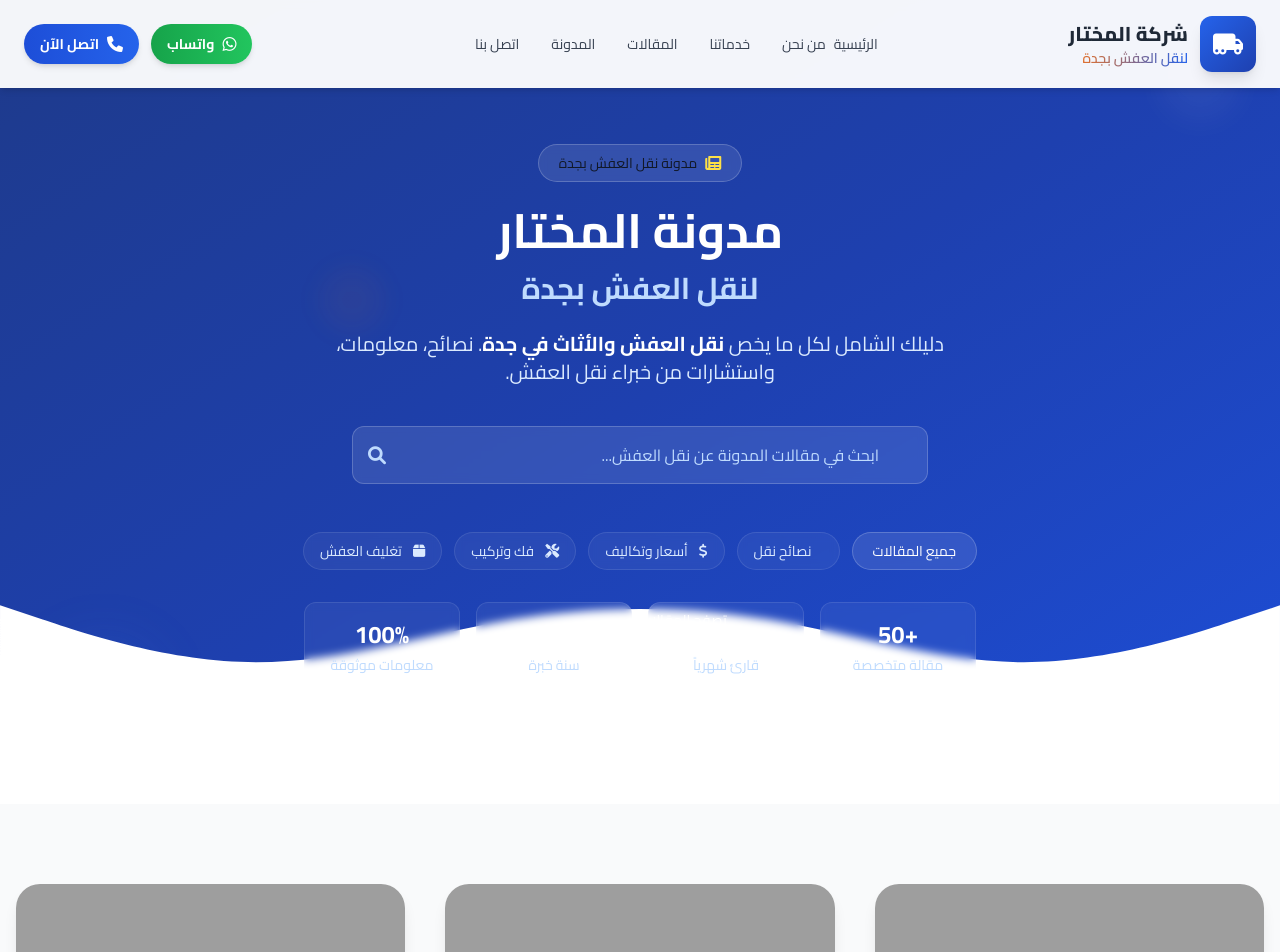
Repository: MichealSoliman/almukhtar
Page: blog.html
An editor plug-in stored every save of this project. The page is shown before and after a run of saves, followed by the edit.
The browser window is 1280 px wide. The pictures show the part of the page from y = 0 to 952 px (the page is 1638 px tall).
Pictures or frames that could not be fetched are drawn as grey boxes. Some web libraries are served in a nearby version.

Above is the page before, as saved 2026-01-15 21:32:32.

### blog.html
<!DOCTYPE html>
<html lang="ar" dir="rtl">
<head>
    <meta charset="UTF-8">
    <meta name="viewport" content="width=device-width, initial-scale=1.0">
    <title>مدونة شركة المختار – نصائح ومعلومات عن نقل العفش بجدة</title>
    <meta name="description" content="اقرأ أحدث المقالات والنصائح حول نقل العفش بجدة، تكلفة نقل الأثاث، وأفضل الطرق لتغليف وحماية ممتلكاتك مع شركة المختار.">

    <!-- Tailwind CSS -->
    <script src="https://cdn.tailwindcss.com"></script>

    <!-- Google Fonts (Cairo) -->
    <link href="https://fonts.googleapis.com/css2?family=Cairo:wght@300;400;600;700;800&display=swap" rel="stylesheet">

    <!-- Font Awesome -->
    <link rel="stylesheet" href="https://cdnjs.cloudflare.com/ajax/libs/font-awesome/6.0.0/css/all.min.css">

    <!-- AOS Animation Library -->
    <link href="https://unpkg.com/aos@2.3.1/dist/aos.css" rel="stylesheet">

    <style>
        body { font-family: 'Cairo', sans-serif; }
        .nav-link { @apply text-gray-700 hover:text-blue-600 transition-colors duration-300 font-semibold; }
        .glass-nav { background: rgba(255, 255, 255, 0.95); backdrop-filter: blur(10px); }
    </style>
</head>
<body class="bg-gray-50 text-gray-900">

 <!-- Header / Navbar -->
    <header id="navbar" class="fixed top-0 w-full z-50 transition-all duration-500 py-3 lg:py-4 bg-white/95 backdrop-blur-sm shadow-md">
        <div class="container mx-auto px-4 xl:px-6">
            <div class="flex justify-between items-center">
                <!-- Logo واسم الشركة -->
                <div class="flex items-center space-x-reverse space-x-3 rtl:space-x-reverse">
                    <!-- Logo -->
                    <div class="flex items-center justify-center w-12 h-12 lg:w-14 lg:h-14 bg-gradient-to-br from-blue-600 to-blue-800 rounded-xl shadow-lg">
                        <i class="fas fa-truck-moving text-white text-xl lg:text-2xl"></i>
                    </div>

                    <!-- اسم الشركة -->
                    <div class="flex flex-col">
                        <a href="index.html" class="flex flex-col">
                            <span class="text-lg lg:text-xl font-extrabold text-gray-800 leading-tight">
                                شركة المختار
                            </span>
                            <span class="text-xs lg:text-sm font-semibold bg-gradient-to-l from-blue-600 to-orange-500 bg-clip-text text-transparent">
                                لنقل العفش بجدة
                            </span>
                        </a>
                    </div>
                </div>

                <!-- Desktop Navigation -->
                <nav class="hidden lg:flex items-center space-x-reverse space-x-6 xl:space-x-8">
                    <a href="index.html" class="nav-link ml-2 text-gray-700 hover:text-blue-700 active text-sm font-medium">
                        الرئيسية
                    </a>
                    <a href="#about" class="nav-link text-gray-700 hover:text-blue-700 text-sm font-medium">
                        من نحن
                    </a>
                    <a href="#services" class="nav-link text-gray-700 hover:text-blue-700 text-sm font-medium">
                        خدماتنا
                    </a>
                    <a href="#blog" class="nav-link text-gray-700 hover:text-blue-700 text-sm font-medium">
                        المقالات
                    </a>
                    <a href="./blog.html" class="nav-link text-gray-700 hover:text-blue-700 text-sm font-medium">
                        المدونة
                    </a>
                    <a href="#contact" class="nav-link text-gray-700 hover:text-blue-700 text-sm font-medium">
                        اتصل بنا
                    </a>
                </nav>

                <!-- Buttons -->
                <div class="flex items-center space-x-reverse space-x-3 rtl:space-x-reverse">
                    <!-- WhatsApp Button -->
                    <a href="https://wa.me/966500000000"
                       class="bg-gradient-to-l from-green-500 to-green-600 text-white px-3 sm:px-4 py-2 rounded-full font-bold hover:from-green-600 hover:to-green-700 transition-all duration-300 flex items-center shadow-md hover:shadow-lg transform hover:-translate-y-0.5 text-sm">
                        <i class="fab fa-whatsapp ml-1 sm:ml-2 text-sm sm:text-base"></i>
                        <span class="hidden sm:inline text-xs sm:text-sm">واتساب</span>
                    </a>

                    <!-- Call Button for Medium+ Screens -->
                    <a href="tel:+966500000000"
                       class="hidden md:flex bg-gradient-to-l from-blue-600 to-blue-700 text-white px-3 sm:px-4 py-2 rounded-full font-bold hover:from-blue-700 hover:to-blue-800 transition-all duration-300 items-center shadow-md hover:shadow-lg transform hover:-translate-y-0.5 text-sm">
                        <i class="fas fa-phone ml-1 sm:ml-2 text-sm sm:text-base"></i>
                        <span class="text-xs sm:text-sm">اتصل الآن</span>
                    </a>

                    <!-- Mobile Menu Button -->
                    <button class="lg:hidden text-gray-700 text-2xl focus:outline-none hover:text-blue-600 transition-colors duration-300"
                            id="mobile-menu-btn"
                            aria-label="فتح القائمة">
                        <i class="fas fa-bars"></i>
                    </button>
                </div>
            </div>
        </div>

        <!-- Mobile Menu -->
        <div id="mobile-menu" class="mobile-menu-closed lg:hidden bg-white/95 backdrop-blur-sm border-t border-gray-100 shadow-xl">
            <div class="container mx-auto px-4 py-5">
                <div class="flex flex-col space-y-4">
                    <a href="index.html"
                       class="nav-link py-3 px-4 rounded-lg hover:bg-blue-50 transition-colors duration-300 text-gray-700 hover:text-blue-700 font-medium border-b border-gray-100 flex items-center">
                        <i class="fas fa-home ml-3 text-blue-600"></i>
                        الرئيسية
                    </a>
                    <a href="#about"
                       class="nav-link py-3 px-4 rounded-lg hover:bg-blue-50 transition-colors duration-300 text-gray-700 hover:text-blue-700 font-medium border-b border-gray-100 flex items-center">
                        <i class="fas fa-info-circle ml-3 text-blue-600"></i>
                        من نحن
                    </a>
                    <a href="#services"
                       class="nav-link py-3 px-4 rounded-lg hover:bg-blue-50 transition-colors duration-300 text-gray-700 hover:text-blue-700 font-medium border-b border-gray-100 flex items-center">
                        <i class="fas fa-concierge-bell ml-3 text-blue-600"></i>
                        خدماتنا
                    </a>
                    <a href="#blog"
                       class="nav-link py-3 px-4 rounded-lg hover:bg-blue-50 transition-colors duration-300 text-gray-700 hover:text-blue-700 font-medium border-b border-gray-100 flex items-center">
                        <i class="fas fa-newspaper ml-3 text-blue-600"></i>
                        المقالات
                    </a>
                    <a href="./blog.html"
                       class="nav-link py-3 px-4 rounded-lg hover:bg-blue-50 transition-colors duration-300 text-gray-700 hover:text-blue-700 font-medium border-b border-gray-100 flex items-center">
                        <i class="fas fa-newspaper ml-3 text-blue-600"></i>
                        المدونة
                    </a>
                    <a href="#contact"
                       class="nav-link py-3 px-4 rounded-lg hover:bg-blue-50 transition-colors duration-300 text-gray-700 hover:text-blue-700 font-medium flex items-center">
                        <i class="fas fa-phone-alt ml-3 text-blue-600"></i>
                        اتصل بنا
                    </a>

                    <!-- Mobile Contact Buttons -->
                    <div class="flex flex-col sm:flex-row gap-3 mt-4 pt-4 border-t border-gray-100">
                        <a href="tel:+966500000000"
                           class="bg-gradient-to-l from-blue-600 to-blue-700 text-white px-4 py-3 rounded-lg font-bold hover:from-blue-700 hover:to-blue-800 transition-all duration-300 flex items-center justify-center shadow-md text-sm">
                            <i class="fas fa-phone ml-2"></i>
                            اتصل الآن
                        </a>
                        <a href="https://wa.me/966500000000"
                           class="bg-gradient-to-l from-green-500 to-green-600 text-white px-4 py-3 rounded-lg font-bold hover:from-green-600 hover:to-green-700 transition-all duration-300 flex items-center justify-center shadow-md text-sm">
                            <i class="fab fa-whatsapp ml-2"></i>
                            واتساب
                        </a>
                    </div>
                </div>
            </div>
        </div>
    </header>

<!-- Blog Header Section - Enhanced -->
<section class="relative pt-28 pb-20 md:pt-36 md:pb-28 overflow-hidden bg-gradient-to-br from-blue-900 via-blue-800 to-blue-700">
    <!-- Background Pattern -->
    <div class="absolute inset-0 opacity-10">
        <div class="absolute inset-0" style="background-image: url('data:[embedded picture, 362 characters]');"></div>
    </div>

    <!-- Floating Elements -->
    <div class="absolute top-10 right-10 w-20 h-20 bg-white/5 rounded-full blur-lg hidden lg:block"></div>
    <div class="absolute bottom-10 left-10 w-32 h-32 bg-blue-500/10 rounded-full blur-xl hidden lg:block"></div>
    <div class="absolute top-1/3 left-1/4 w-16 h-16 bg-orange-500/5 rounded-full blur-md hidden xl:block"></div>

    <!-- Main Content -->
    <div class="container mx-auto px-4 relative z-10">
        <div class="max-w-4xl mx-auto">
            <!-- Badge -->
            <div class="flex justify-center mb-6" data-aos="fade-down" data-aos-delay="200">
                <div class="bg-white/10 backdrop-blur-sm border border-white/20 rounded-full px-5 py-2 inline-flex items-center">
                    <i class="fas fa-newspaper ml-2 text-yellow-300"></i>
                    <span class="text-sm font-medium">مدونة نقل العفش بجدة</span>
                </div>
            </div>

            <!-- Main Title -->
            <h1 class="text-3xl md:text-4xl lg:text-5xl font-bold text-white text-center mb-6 leading-tight" data-aos="fade-up" data-aos-delay="300">
                <span class="block">مدونة المختار</span>
                <span class="block text-blue-200 text-2xl md:text-3xl mt-4">لنقل العفش بجدة</span>
            </h1>

            <!-- Description -->
            <p class="text-lg md:text-xl text-blue-100 text-center max-w-2xl mx-auto mb-10 leading-relaxed" data-aos="fade-up" data-aos-delay="400">
                دليلك الشامل لكل ما يخص
                <span class="font-bold text-white">نقل العفش والأثاث في جدة</span>.
                نصائح، معلومات، واستشارات من خبراء نقل العفش.
            </p>

            <!-- Search Box -->
            <div class="max-w-xl mx-auto mb-12" data-aos="fade-up" data-aos-delay="500">
                <div class="relative">
                    <input
                        type="text"
                        placeholder="ابحث في مقالات المدونة عن نقل العفش..."
                        class="w-full bg-white/10 backdrop-blur-sm border border-white/20 rounded-xl px-6 py-4 pr-12 text-white placeholder-blue-200 focus:outline-none focus:ring-2 focus:ring-blue-400 focus:border-transparent transition-all"
                    >
                    <button class="absolute left-4 top-1/2 transform -translate-y-1/2 text-blue-200 hover:text-white transition-colors">
                        <i class="fas fa-search text-lg"></i>
                    </button>
                </div>
            </div>

            <!-- Categories -->
            <div class="flex flex-wrap justify-center gap-3 mb-8" data-aos="fade-up" data-aos-delay="600">
                <a href="#" class="bg-white/10 hover:bg-white/20 backdrop-blur-sm border border-white/20 rounded-full px-5 py-2 text-sm font-medium text-white transition-all duration-300">
                    جميع المقالات
                </a>
                <a href="#" class="bg-white/5 hover:bg-white/15 backdrop-blur-sm border border-white/10 rounded-full px-4 py-2 text-sm font-medium text-blue-100 hover:text-white transition-all duration-300">
                    <i class="fas fa-tips ml-2"></i> نصائح نقل
                </a>
                <a href="#" class="bg-white/5 hover:bg-white/15 backdrop-blur-sm border border-white/10 rounded-full px-4 py-2 text-sm font-medium text-blue-100 hover:text-white transition-all duration-300">
                    <i class="fas fa-dollar-sign ml-2"></i> أسعار وتكاليف
                </a>
                <a href="#" class="bg-white/5 hover:bg-white/15 backdrop-blur-sm border border-white/10 rounded-full px-4 py-2 text-sm font-medium text-blue-100 hover:text-white transition-all duration-300">
                    <i class="fas fa-tools ml-2"></i> فك وتركيب
                </a>
                <a href="#" class="bg-white/5 hover:bg-white/15 backdrop-blur-sm border border-white/10 rounded-full px-4 py-2 text-sm font-medium text-blue-100 hover:text-white transition-all duration-300">
                    <i class="fas fa-box ml-2"></i> تغليف العفش
                </a>
            </div>

            <!-- Stats -->
            <div class="grid grid-cols-2 md:grid-cols-4 gap-4 max-w-2xl mx-auto" data-aos="fade-up" data-aos-delay="700">
                <div class="bg-white/5 backdrop-blur-sm rounded-xl p-4 text-center border border-white/10">
                    <div class="text-2xl font-bold text-white mb-1">+50</div>
                    <div class="text-blue-200 text-sm">مقالة متخصصة</div>
                </div>
                <div class="bg-white/5 backdrop-blur-sm rounded-xl p-4 text-center border border-white/10">
                    <div class="text-2xl font-bold text-white mb-1">+10K</div>
                    <div class="text-blue-200 text-sm">قارئ شهرياً</div>
                </div>
                <div class="bg-white/5 backdrop-blur-sm rounded-xl p-4 text-center border border-white/10">
                    <div class="text-2xl font-bold text-white mb-1">15+</div>
                    <div class="text-blue-200 text-sm">سنة خبرة</div>
                </div>
                <div class="bg-white/5 backdrop-blur-sm rounded-xl p-4 text-center border border-white/10">
                    <div class="text-2xl font-bold text-white mb-1">100%</div>
                    <div class="text-blue-200 text-sm">معلومات موثوقة</div>
                </div>
            </div>

            <!-- Scroll Indicator -->
            <div class="absolute bottom-8 left-1/2 transform -translate-x-1/2 hidden md:block" data-aos="fade-up" data-aos-delay="800">
                <a href="#blog-content" class="animate-bounce flex flex-col items-center text-white hover:text-blue-200 transition-colors">
                    <span class="text-sm mb-1">تصفح المقالات</span>
                    <i class="fas fa-chevron-down"></i>
                </a>
            </div>
        </div>
    </div>

    <!-- Wave Divider -->
    <div class="absolute bottom-0 left-0 right-0">
        <svg xmlns="http://www.w3.org/2000/svg" viewBox="0 0 1440 320" class="w-full">
            <path fill="#ffffff" fill-opacity="1" d="M0,96L48,112C96,128,192,160,288,160C384,160,480,128,576,112C672,96,768,96,864,112C960,128,1056,160,1152,160C1248,160,1344,128,1392,112L1440,96L1440,320L1392,320C1344,320,1248,320,1152,320C1056,320,960,320,864,320C768,320,672,320,576,320C480,320,384,320,288,320C192,320,96,320,48,320L0,320Z"></path>
        </svg>
    </div>
</section>

    <!-- Blog Grid -->
    <section class="py-20">
        <div class="container mx-auto px-4">
            <div class="grid grid-cols-1 md:grid-cols-2 lg:grid-cols-3 gap-10">
                <!-- Article 1 -->
                <article class="bg-white rounded-3xl overflow-hidden shadow-lg hover:shadow-2xl transition-all duration-300 group" data-aos="fade-up">
                    <div class="overflow-hidden h-64">
                        <img src="https://images.unsplash.com/photo-1524758631624-e2822e304c36?ixlib=rb-1.2.1&auto=format&fit=crop&w=600&q=80" alt="أفضل شركة نقل عفش بجدة" class="w-full h-full object-cover group-hover:scale-110 transition-transform duration-500">
                    </div>
                    <div class="p-8">
                        <div class="flex items-center text-sm text-gray-500 mb-4">
                            <span class="ml-4"><i class="far fa-calendar-alt ml-1"></i> 10 يناير 2026</span>
                            <span><i class="far fa-folder ml-1"></i> خدمات النقل</span>
                        </div>
                        <h3 class="text-2xl font-bold mb-4">أفضل شركة نقل عفش بجدة</h3>
                        <p class="text-gray-600 mb-6 leading-relaxed">تعرف على المعايير التي تجعل شركة المختار هي الخيار الأول والأنسب لنقل الأثاث في مدينة جدة بأسعار منافسة وجودة عالمية...</p>
                        <a href="blog/best-moving-company-jeddah.html" class="text-blue-600 font-bold flex items-center hover:gap-2 transition-all">قراءة المزيد <i class="fas fa-chevron-left mr-2 text-sm"></i></a>
                    </div>
                </article>

                <!-- Article 2 -->
                <article class="bg-white rounded-3xl overflow-hidden shadow-lg hover:shadow-2xl transition-all duration-300 group" data-aos="fade-up" data-aos-delay="100">
                    <div class="overflow-hidden h-64">
                        <img src="https://images.unsplash.com/photo-1505691938895-1758d7feb511?ixlib=rb-1.2.1&auto=format&fit=crop&w=600&q=80" alt="نصائح قبل نقل العفش" class="w-full h-full object-cover group-hover:scale-110 transition-transform duration-500">
                    </div>
                    <div class="p-8">
                        <div class="flex items-center text-sm text-gray-500 mb-4">
                            <span class="ml-4"><i class="far fa-calendar-alt ml-1"></i> 8 يناير 2026</span>
                            <span><i class="far fa-folder ml-1"></i> نصائح تهمك</span>
                        </div>
                        <h3 class="text-2xl font-bold mb-4">نصائح قبل نقل العفش</h3>
                        <p class="text-gray-600 mb-6 leading-relaxed">إليك أهم 10 نصائح ذهبية يجب عليك اتباعها لضمان عملية نقل عفش سهلة ومنظمة وبدون أي خسائر مادية أو نفسية...</p>
                        <a href="blog/moving-tips.html" class="text-blue-600 font-bold flex items-center hover:gap-2 transition-all">قراءة المزيد <i class="fas fa-chevron-left mr-2 text-sm"></i></a>
                    </div>
                </article>

                <!-- Article 3 -->
                <article class="bg-white rounded-3xl overflow-hidden shadow-lg hover:shadow-2xl transition-all duration-300 group" data-aos="fade-up" data-aos-delay="200">
                    <div class="overflow-hidden h-64">
                        <img src="https://images.unsplash.com/photo-1584622650111-993a426fbf0a?ixlib=rb-1.2.1&auto=format&fit=crop&w=600&q=80" alt="تكلفة نقل العفش بجدة" class="w-full h-full object-cover group-hover:scale-110 transition-transform duration-500">
                    </div>
                    <div class="p-8">
                        <div class="flex items-center text-sm text-gray-500 mb-4">
                            <span class="ml-4"><i class="far fa-calendar-alt ml-1"></i> 5 يناير 2026</span>
                            <span><i class="far fa-folder ml-1"></i> أسعار الخدمات</span>
                        </div>
                        <h3 class="text-2xl font-bold mb-4">تكلفة نقل العفش بجدة</h3>
                        <p class="text-gray-600 mb-6 leading-relaxed">دليل شامل حول كيفية حساب تكلفة نقل العفش في جدة وما هي العوامل التي تؤثر في تحديد السعر النهائي للخدمة المقدمة...</p>
                        <a href="blog/moving-cost-jeddah.html" class="text-blue-600 font-bold flex items-center hover:gap-2 transition-all">قراءة المزيد <i class="fas fa-chevron-left mr-2 text-sm"></i></a>
                    </div>
                </article>
            </div>
        </div>
    </section>

    <!-- Footer -->
    <footer class="bg-gray-900 text-white pt-20 pb-10">
        <div class="container mx-auto px-4 text-center">
            <p>&copy; 2026 شركة المختار لنقل العفش بجدة. جميع الحقوق محفوظة.</p>
        </div>
    </footer>

    <!-- Scripts -->
    <script src="https://unpkg.com/aos@2.3.1/dist/aos.js"></script>
    <script>
        AOS.init({ duration: 1000, once: true });
        const mobileMenuBtn = document.getElementById('mobile-menu-btn');
        const mobileMenu = document.getElementById('mobile-menu');
        mobileMenuBtn.addEventListener('click', () => {
            mobileMenu.classList.toggle('hidden');
        });
    </script>
</body>
</html>

After the next 2 saves:
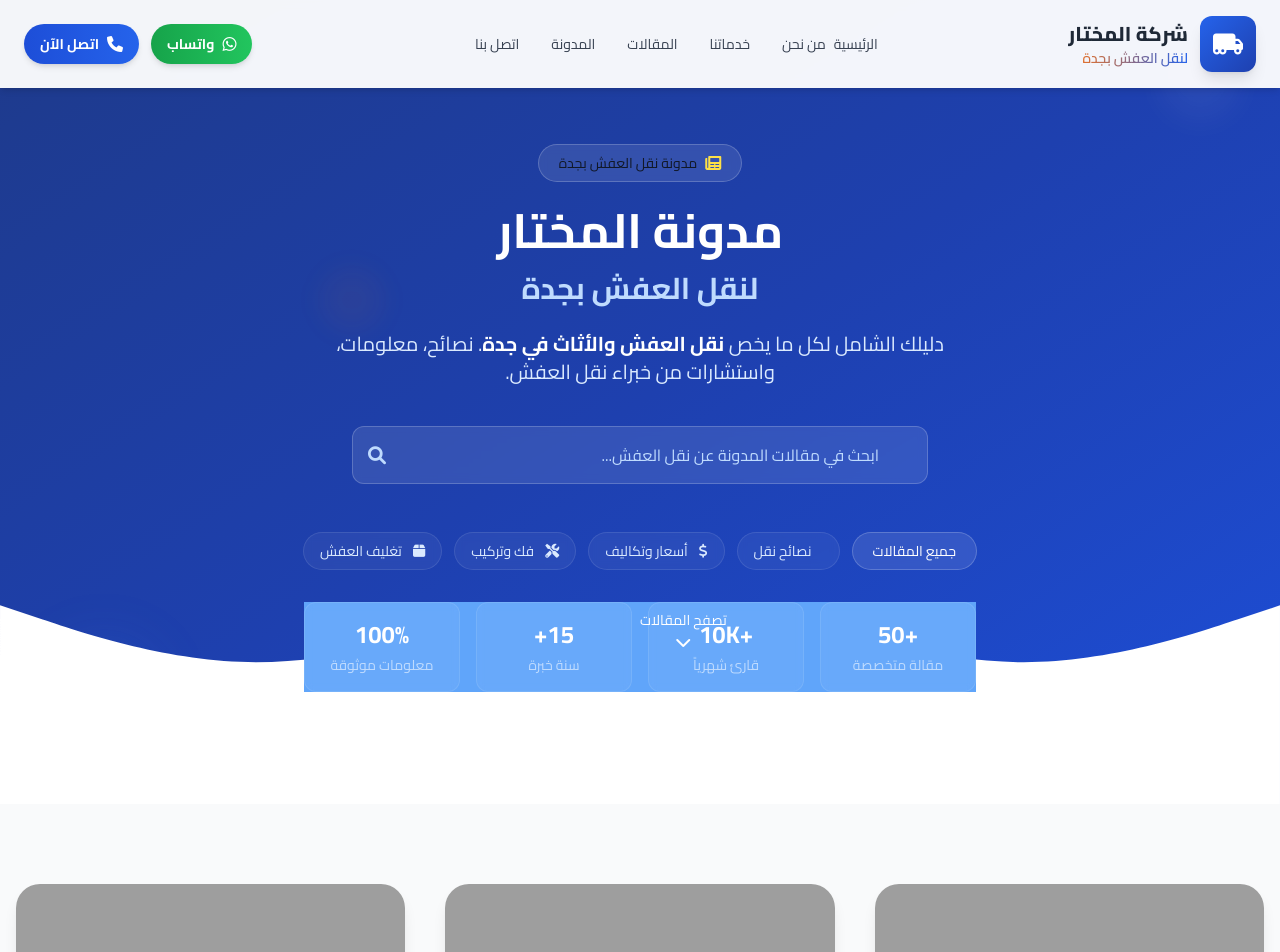
The 2 saves are shown as one change because they came seconds apart.
The last was saved 16 s later.
--- a/blog.html
+++ b/blog.html
@@ -221,7 +221,7 @@
             </div>
 
             <!-- Stats -->
-            <div class="grid grid-cols-2 md:grid-cols-4 gap-4 max-w-2xl mx-auto" data-aos="fade-up" data-aos-delay="700">
+            <div class="grid grid-cols-2 bg-blue-400 md:grid-cols-4 gap-4 max-w-2xl mx-auto" data-aos="fade-up" data-aos-delay="700">
                 <div class="bg-white/5 backdrop-blur-sm rounded-xl p-4 text-center border border-white/10">
                     <div class="text-2xl font-bold text-white mb-1">+50</div>
                     <div class="text-blue-200 text-sm">مقالة متخصصة</div>
